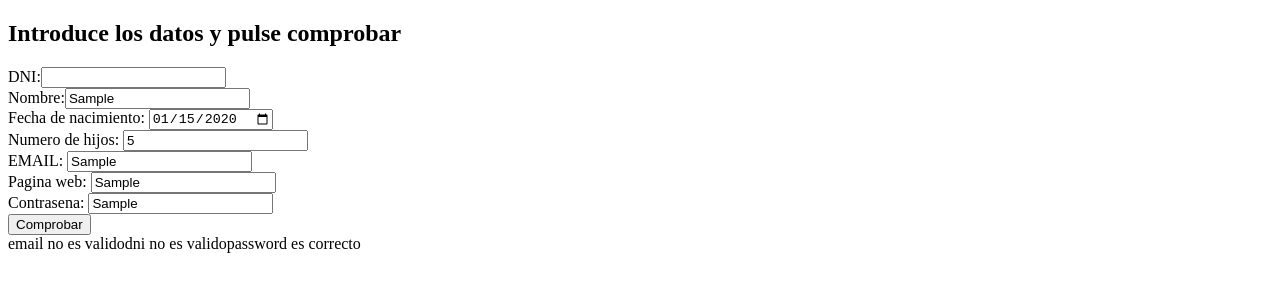
Repository: KoTvTrysaX01/2DAW-Desarrollo-WEB-en-Entorno-Cliente
Page: JAVASCRIPT/UD2/practica5/Actividad1/index.html
The author's editor kept a copy of each file at every save. The page is drawn from the files as they stood at one save, then again after the next save.
The browser window is 1280 px wide. The pictures show the whole page.
Empty fields were first filled with sample values (such as "Sample", 5 or name@example.com).
After loading, the first visible `#registartionForm` was submitted once.

Above is the page before, as saved 2025-11-01 16:31:41.

After the next save:
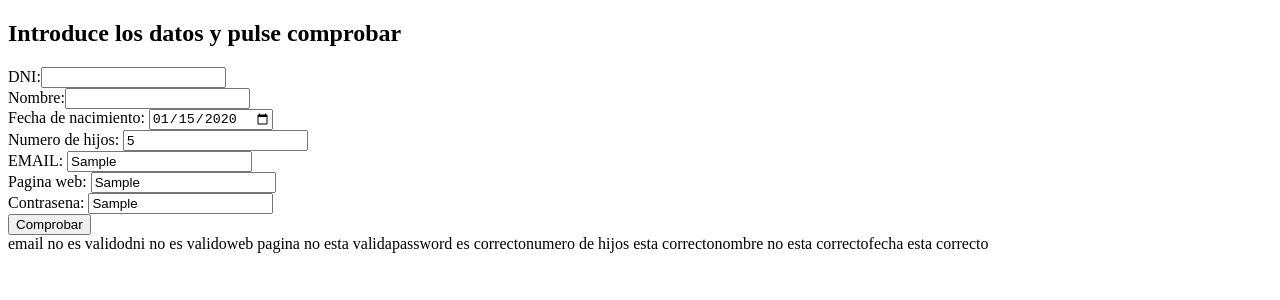
Saved 3 min 24 s later.
--- a/JAVASCRIPT/UD2/practica5/Actividad1/script.js
+++ b/JAVASCRIPT/UD2/practica5/Actividad1/script.js
@@ -3,6 +3,10 @@ let emailInput = document.getElementById("email");
 let error = document.getElementById("errorMessages");
 let dni = document.getElementById("dni")
 let passw = document.getElementById("password")
+let web = document.getElementById("pagina")
+let hijos = document.getElementById("hijos")
+let nombreInput = document.getElementById("nombre")
+let fecha = document.getElementById("fecha")
 form.addEventListener("submit", (e) => {
   e.preventDefault();
   const emailForm = emailInput.value.trim();
@@ -36,6 +40,17 @@ form.addEventListener("submit", (e) => {
     function validWeb(web) {
           return /^https?:\/\/(?:www\.)?[a-zA-Z0-9\-]+\.[a-zA-Z]{2,}(?:\/.*)?$/.test(web);
         }
+    function esValidoWeb(web) {
+      if(validWeb(web)) {
+        error.innerHTML +="web pagina esta valida"
+      } else {
+        error.innerHTML += "web pagina no esta valida"
+        web.value = " "
+
+      }
+    }
+    esValidoWeb(web.value)
+
      function validarContrasena(passwor) {
       var p = passwor.length
       if(p >2 && p < 12) {
@@ -47,5 +62,45 @@ form.addEventListener("submit", (e) => {
      }
      validarContrasena(password)
 
+     function validHijos(hijos) {
+      if(hijos.value.length >=0 || hijos.value.length <= 10) {
+         error.innerHTML += "numero de hijos esta correcto"
+      } else {
+         error.innerHTML += "numero de hijos no esta correcto"
+         hijos.value = ""
+      }
+     }
+     validHijos(hijos)
+    const nom = nombreInput.value.trim()
+     function validNombre(nombres) {
+      return /^[a-zA-ZáéíóúÁÉÍÓÚñÑ]{2,40}( [a-zA-ZáéíóúÁÉÍÓÚñÑ]{2,40}){1,3}$/.test(nombres)
+     }
+     function isvalidNombre(nombres){
+      if(validNombre(nombres)) {
+         error.innerHTML += "nombre esta correcto"
+      } else {
+         error.innerHTML += "nombre no esta correcto"
+         nombreInput.value = ""
+      }
+      }
+     isvalidNombre(nom)
+
+     const fechaValor = fecha.value.trim();
+
+     function validFecha(fecha) {
+          return /^(19|20)\d{2}-(0[1-9]|1[0-2])-(0[1-9]|[12]\d|3[01])$/.test(fecha)
+     }
+     function esValidFecha(fecha) {
+      if (validFecha(fecha)) {
+         error.innerHTML += "fecha esta correcto"
+      } else {
+         error.innerHTML += "fecha no esta correcto"
+         fecha.value= ""
+      }
+     }
+     console.log(fechaValor)
+
+     esValidFecha(fechaValor)
+
 
 });
